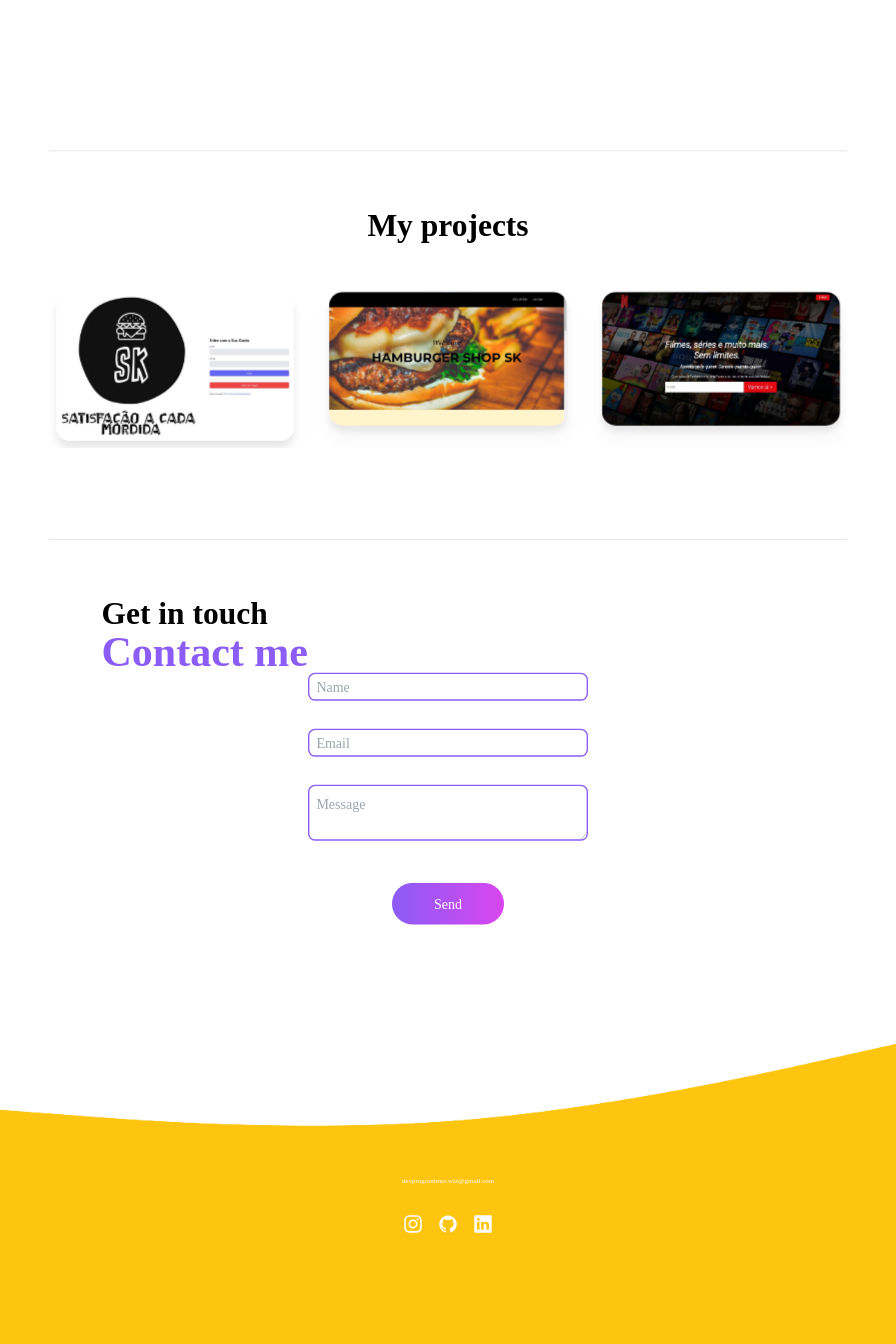
Repository: KennedyWanderson/portfolio
Page: /
These files come from the project's save history. The page is drawn as it stood at one moment and after the next save; the edit follows.
The browser window is 1280 px wide. The pictures show the part of the page from y = 1320 to 3240 px (the page is 3240 px tall), at 70% of full size.
Some web fonts or font styles are not loaded; a fallback is used. The project was rebuilt for these pictures with package versions that can differ from the ones it lists, and the page was loaded fresh each time. Imported but missing from the stored project, and not drawn on this page: src/Components/Services/Kennedy_CV.pdf.

Above is the page before, as saved 2024-01-27 16:49:52.

After the next save:
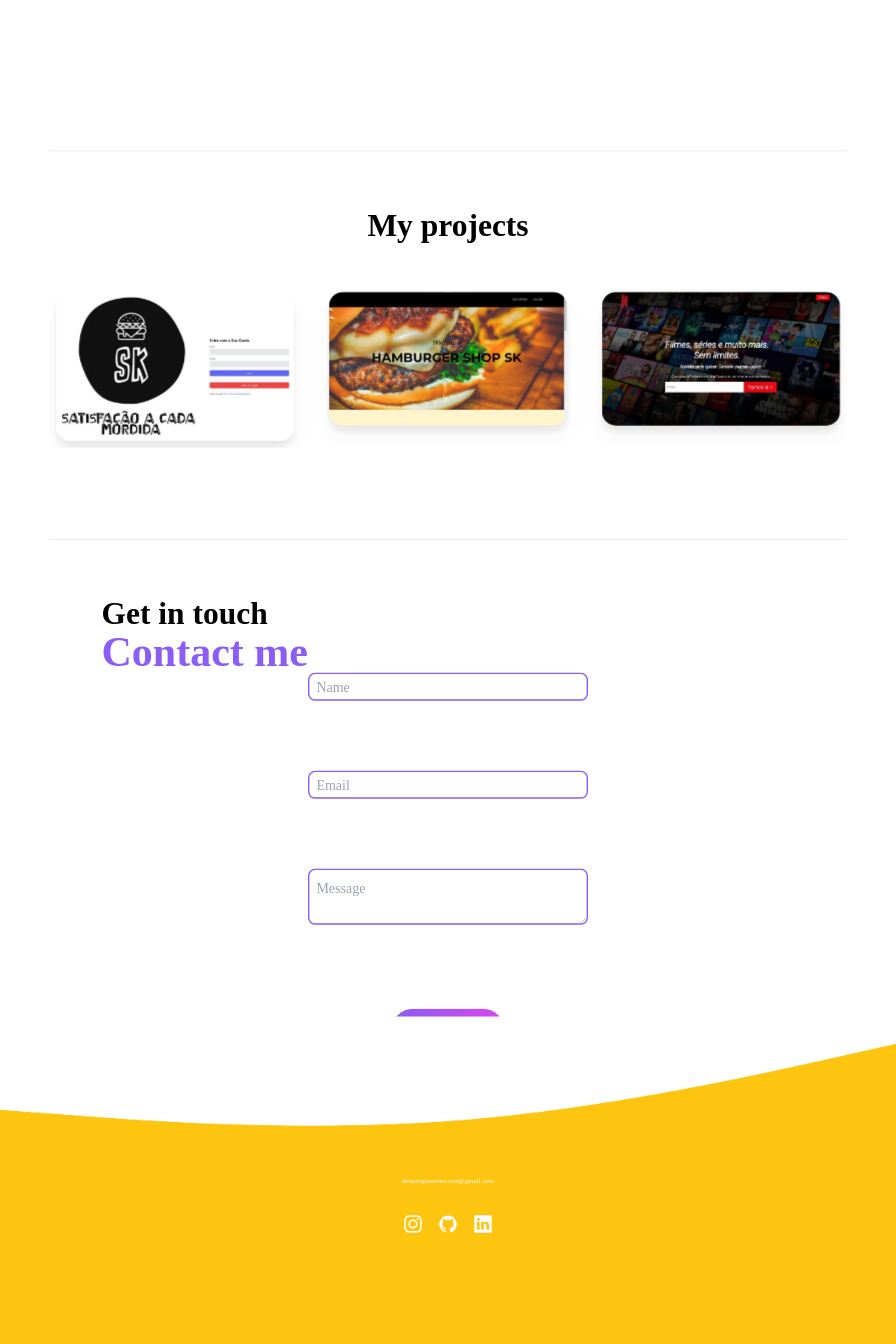
Saved 27 s later.
--- a/src/Components/Contact/Contact.jsx
+++ b/src/Components/Contact/Contact.jsx
@@ -34,7 +34,7 @@
             </div>
 
             <div className="flex justify-center relative">
-                <form ref={form} onSubmit={sendEmail} className="flex flex-col gap-8 items-center" action="">
+                <form ref={form} onSubmit={sendEmail} className="flex flex-col gap-20 items-center" action="">
                     <input type="text" name="user_name" className=" w-80 h-8 p-2 outline-none border-2 border-violet-500 rounded-lg text-base" placeholder="Name" />
                     <input type="email" name="user_email" className="w-80 h-8 p-2 outline-none border-2 border-violet-500 rounded-lg text-base" placeholder="Email" />
                     <textarea  name="message" className="h-16 w-80 p-2 outline-none border-2 border-violet-500 rounded-lg text-base" placeholder="Message" />

After the 3 saves that followed:
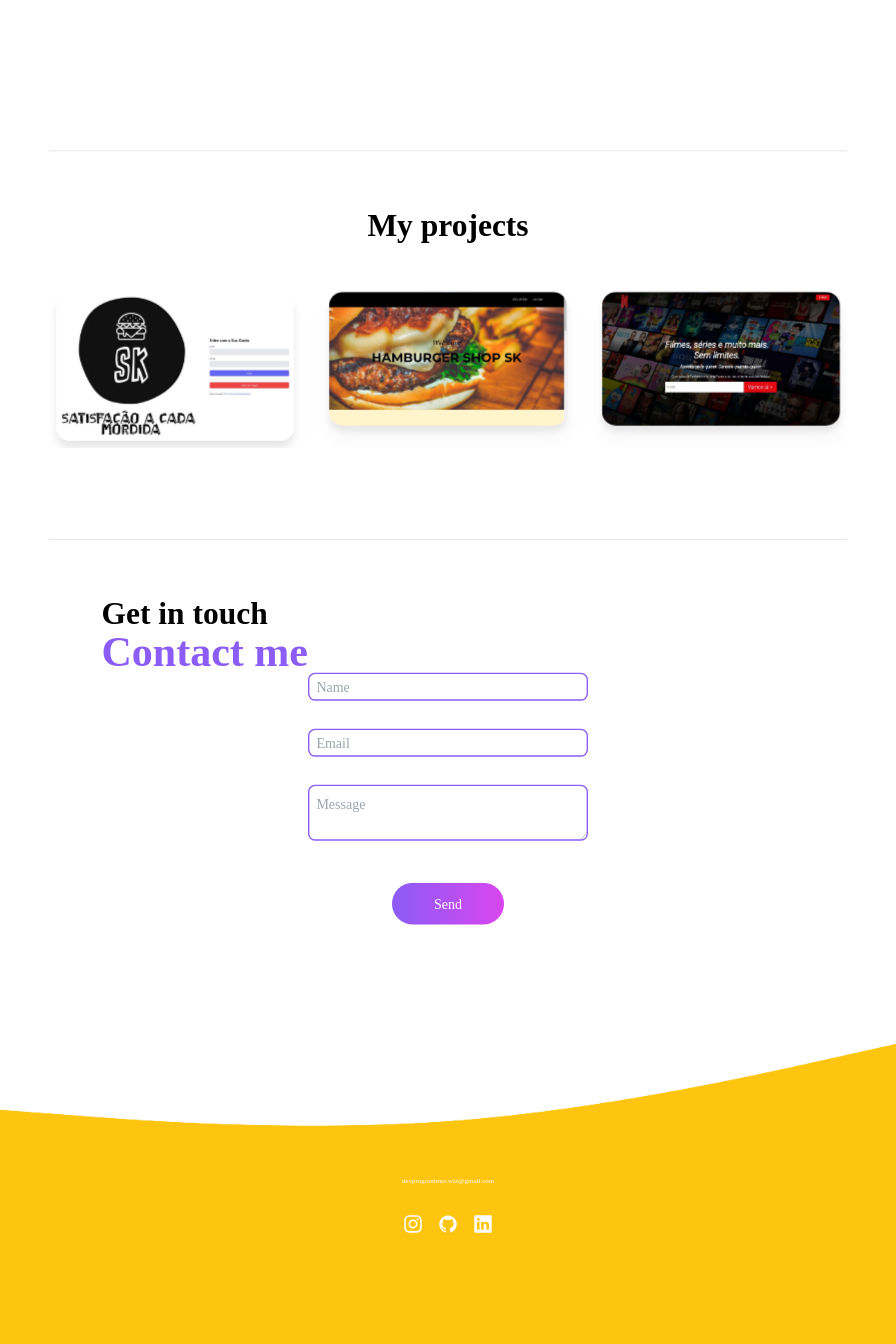
The 3 saves are shown as one change because they came seconds apart.
The last was saved 12 s later.
--- a/src/Components/Contact/Contact.jsx
+++ b/src/Components/Contact/Contact.jsx
@@ -34,7 +34,7 @@
             </div>
 
             <div className="flex justify-center relative">
-                <form ref={form} onSubmit={sendEmail} className="flex flex-col gap-20 items-center" action="">
+                <form ref={form} onSubmit={sendEmail} className="flex flex-col gap-8 flex-1 items-center" action="">
                     <input type="text" name="user_name" className=" w-80 h-8 p-2 outline-none border-2 border-violet-500 rounded-lg text-base" placeholder="Name" />
                     <input type="email" name="user_email" className="w-80 h-8 p-2 outline-none border-2 border-violet-500 rounded-lg text-base" placeholder="Email" />
                     <textarea  name="message" className="h-16 w-80 p-2 outline-none border-2 border-violet-500 rounded-lg text-base" placeholder="Message" />
